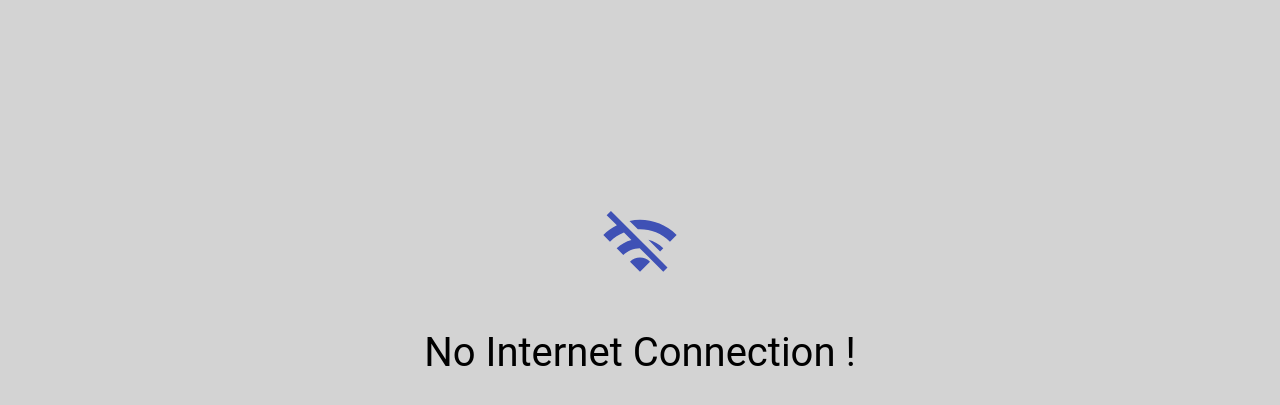
Repository: sudhakaryadav07/react-amplify
Page: /home
The author's editor kept a copy of each file at every save. The page is drawn from the files as they stood at one save, then again after the next save.
The browser window is 1280 px wide. The pictures show the whole page.
The page's requests for data from a server got no answer. The project was rebuilt for these pictures with package versions that can differ from the ones it lists, and the page was loaded fresh each time. No one was signed in, and anything a server would have sent is missing. Also part of the build but not shown: src/screen/blog/IndexScreen.js.

Above is the page before, as saved 2020-10-02 11:43:28.

### public/index.html
<!DOCTYPE html>
<html lang="en">
  <head>
    <meta charset="utf-8" />
    <link rel="icon" href="%PUBLIC_URL%/favicon.ico" />
    <meta name="viewport" content="width=device-width, initial-scale=1" />
    <meta name="theme-color" content="#000000" />
    <meta
      name="description"
      content="Web site created using create-react-app"
    />
    <link href="./app.css" rel="stylesheet">
    <link rel="apple-touch-icon" href="%PUBLIC_URL%/logo192.png" />
    <!--
      manifest.json provides metadata used when your web app is installed on a
      user's mobile device or desktop. See https://developers.google.com/web/fundamentals/web-app-manifest/
    -->
    <link rel="manifest" href="%PUBLIC_URL%/manifest.json" />
    <!--
      Notice the use of %PUBLIC_URL% in the tags above.
      It will be replaced with the URL of the `public` folder during the build.
      Only files inside the `public` folder can be referenced from the HTML.

      Unlike "/favicon.ico" or "favicon.ico", "%PUBLIC_URL%/favicon.ico" will
      work correctly both with client-side routing and a non-root public URL.
      Learn how to configure a non-root public URL by running `npm run build`.
    -->
    <title>React App</title>
  </head>
  <body>
    <noscript>You need to enable JavaScript to run this app.</noscript>
    <div id="root"></div>
    <!--
      This HTML file is a template.
      If you open it directly in the browser, you will see an empty page.

      You can add webfonts, meta tags, or analytics to this file.
      The build step will place the bundled scripts into the <body> tag.

      To begin the development, run `npm start` or `yarn start`.
      To create a production bundle, use `npm run build` or `yarn build`.
    -->
  </body>
</html>

### src/index.js
import React from 'react';
import { render } from 'react-dom';
// import { Provider } from 'react-redux';

import App from './routes/App';
// import store from './redux/store';

render(
    // <Provider store={store}>
        <App />
    // </Provider>
    ,
    document.getElementById('root')
);

### src/routes/App.js
import React, { Component } from 'react';
import { Routes } from './index';
import WifiOffIcon from '@material-ui/icons/WifiOff';

class App extends Component {

    constructor(props) {
        super(props);
        this.state = {
            isDisconnected: false
        }
    }

    componentDidMount() {
        try {
            this.handleConnectionChange();
            window.addEventListener('online', this.handleConnectionChange);
            window.addEventListener('offline', this.handleConnectionChange);
            this.handleComponentWillMount();
        } catch (error) {

        }
    }

    componentWillUnmount() {
        window.onbeforeunload = function (e) {
            window.onunload = function () {
                window.localStorage.clear();
            }
        };
    }

    handleConnectionChange = () => {
        const condition = navigator.onLine ? 'online' : 'offline';
        if (condition === 'online') {
            const webPing = setInterval(
                () => {
                    fetch('//google.com', {
                        mode: 'no-cors',
                    })
                        .then(() => {
                            this.setState({ isDisconnected: false }, () => {
                                return clearInterval(webPing)
                            });
                        }).catch(() => this.setState({ isDisconnected: true }))
                }, 2000);
            return;
        }

        return this.setState({ isDisconnected: true });
    }


    render() {
        let { isDisconnected } = this.state;
        if (isDisconnected === true) {
            return (
                <div style={{ textAlign: 'center', height: "100vh", backgroundColor: 'lightgrey' }}>
                    <WifiOffIcon style={{ height: 80, width: 80, marginTop: '16%' }} color="primary" fontSize="large" />
                    <p style={{ fontSize: 40 }}>No Internet Connection !</p>
                </div>
            )
        } else {
            return (
                <Routes />
            );
        }
    }
};

export default App;

### src/routes/index.js
import Routes from './Routes';

export { Routes };

### src/routes/Routes.js
import React, { Component } from 'react';
import { Router, Route, Switch } from 'react-router-dom';
import { HomeScreen, BlogScreen } from '../screen';

var createBrowserHistory = require("history").createBrowserHistory;
const history = createBrowserHistory();

class PublicRoutes extends Component {

    renderRoutes() {
        window.onpopstate = function (event) { history.go(1); };
        return (
            <Switch>
                <Route exact path="/home" component={HomeScreen} />
                <Route exact path="/blog" component={BlogScreen} />
            </Switch>
        );
    }

    render() {
        return (
            <Router history={history}>
                {this.renderRoutes()}
            </Router>
        )
    }
}

export default PublicRoutes;

### src/screen/index.js
export * from './home';
export * from './blog';

### src/screen/home/index.js
import HomeScreen from './IndexScreen';

export {HomeScreen};

### src/screen/blog/index.js
import BlogScreen from './IndexScreen';

export { BlogScreen };

### src/screen/home/IndexScreen.js
import React, { Component } from 'react';
import { Button } from '@material-ui/core';
import { AppBar } from '../../components/index';

class Home extends Component {
    constructor(props) {
        super(props);
        this.state = {
            page: "Home",
            openMenu: false,
            openSession: false,
            currentTarget: null
        }
    }

    refreshComponent = async (key) => this.setState({ [key]: null });
    resetComponent = async (key) => this.setState({ [key]: null });

    openDropDown= async (key,value) => this.setState({ [key]: value });

    renderAppBar() {
        let { page, openMenu, openSession, currentTarget } = this.state;
        let data = { page, openMenu, openSession, currentTarget };
        return (
            <AppBar
                data={data}
                openDropDown={this.openDropDown}
                resetComponent={this.resetComponent}
            />
        );
    }

    render() {
        return (
            <div>
                {this.renderAppBar()}
                Home
                <Button color="primary" onClick={() => this.props.history.push('/blog')}>Go to Blog</Button>
            </div>
        );
    }
}

export default Home;

### src/components/index.js
import AppBar from './AppBar';

export {AppBar}

### src/components/AppBar.js
import React from 'react';
import { withStyles, AppBar, Menu, MenuItem, Toolbar, Typography, IconButton } from '@material-ui/core';
import { Menu as MenuIcon, AccountCircle } from '@material-ui/icons';
import { appbar, header, title, menuButton, dropDownMenu } from '../styles/style';

const materialStyles = theme => ({
    sectionDesktop: {
        display: 'none',
        [theme.breakpoints.up('md')]: {
            display: 'flex',
            width: '100%',
            justifyContent: 'flex-end'
        },
    }
})

const Appbar = ({ classes, data, openDropDown, resetComponent }) => {
    let { page, openMenu, currentTarget, openSession } = data;
    try {
        return (
            <AppBar style={appbar} position="static">
                <Toolbar style={header}>
                    <Typography variant="h6" style={title}>
                        {page}
                    </Typography>

                    <div className={classes.sectionDesktop}>
                        <IconButton
                            onClick={() => openDropDown('openMenu', true)}
                            style={menuButton}
                            color="inherit"
                            id="hamburgermenu">
                            <MenuIcon />
                        </IconButton>

                        <IconButton
                            onClick={() => openDropDown('openSession', true)}
                            color="inherit">
                            <AccountCircle />
                        </IconButton>
                    </div>

                    <Menu
                        anchorEl={currentTarget}
                        anchorOrigin={dropDownMenu}
                        keepMounted
                        transformOrigin={dropDownMenu}
                        open={openMenu}
                        onClose={() => resetComponent('openMenu')}>
                        <MenuItem>Link 1</MenuItem>
                        <MenuItem>Link 2</MenuItem>
                    </Menu>

                    <Menu
                        anchorEl={currentTarget}
                        anchorOrigin={dropDownMenu}
                        keepMounted
                        transformOrigin={dropDownMenu}
                        open={openSession}
                        onClose={() => resetComponent('openSession')}>
                        <MenuItem style={{ justifyContent: 'center' }} >johndoe@gmail.com</MenuItem>
                        <MenuItem style={{ justifyContent: 'center' }} >Logout</MenuItem>
                    </Menu>

                </Toolbar>
            </AppBar >
        );
    } catch (e) {
        console.log(e)
    }
}

export default (withStyles(materialStyles))(Appbar);

### src/styles/style.js
import { Color } from '../constants/constant';

const header = {
    padding: 0,
    height: '6vh',
    backgroundColor: Color.blue,
    borderBottom: '0.5px solid #dadce0'
};

const title = {
    color: "white",
    fontSize: 22,
    padding:'0px 10px 0px 10px'
};

const progressContainer = {
    height: '100vh',
    width: '100%',
    top: 0,
    left: 0,
    background: 'rgba(255,255,255,0.5)',
    position: 'absolute'
};

const progress = {
    top: '50%',
    color: '#348216',
    position: 'absolute',
    left: '50%'
};

const appbar = {
    boxShadow: "none"
};

const menuButton = {
    color: 'grey',
    marginRight: 2,
};

const dropDownMenu = {
    vertical: 'top',
    horizontal: 'right'
}

export { header, title, progressContainer, progress, appbar, menuButton, dropDownMenu };

### src/constants/constant.js
const Color = {
    blue: '#037bfc'
}

export { Color };

### public/app.css
body {
  margin: 0px;
  font-family: "Roboto", "Helvetica", "Arial", sans-serif !important;
}

After the next save:
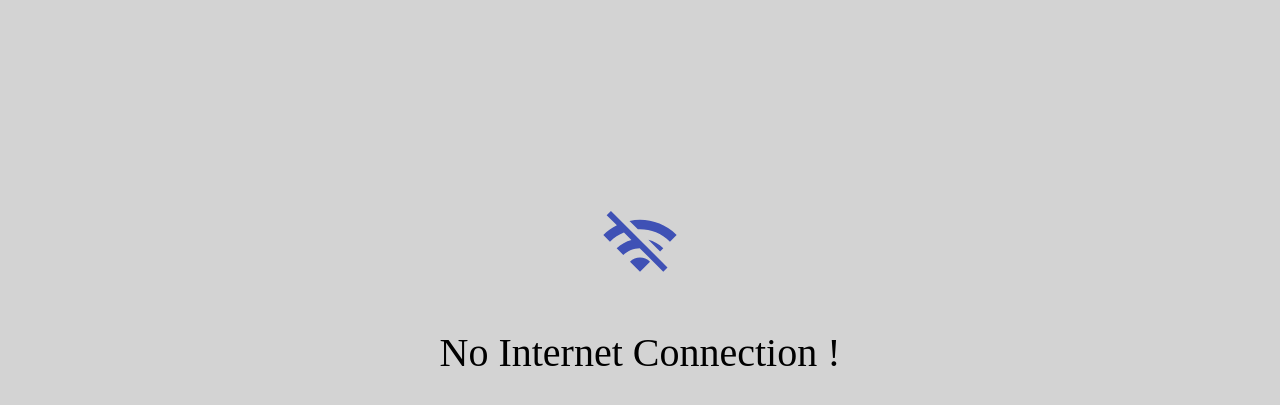
Saved 6 s later.
--- a/public/app.css
+++ b/public/app.css
@@ -1,4 +1,4 @@
 body {
   margin: 0px;
-  font-family: "Roboto", "Helvetica", "Arial", sans-serif !important;
+
 }

After the save that followed:
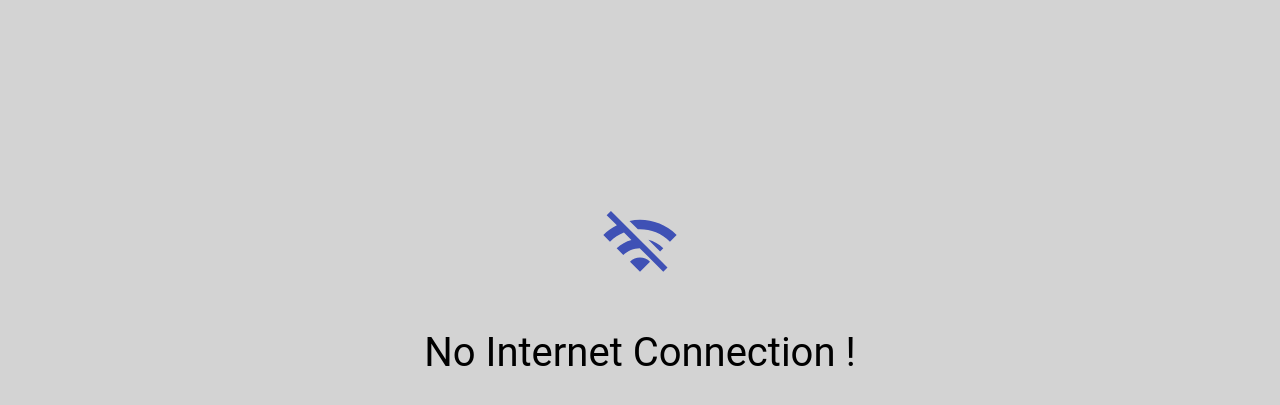
Saved 8 s later.
--- a/public/app.css
+++ b/public/app.css
@@ -1,4 +1,4 @@
 body {
   margin: 0px;
-
+  font-family: "Roboto", "Helvetica", "Arial", sans-serif !important;
 }
